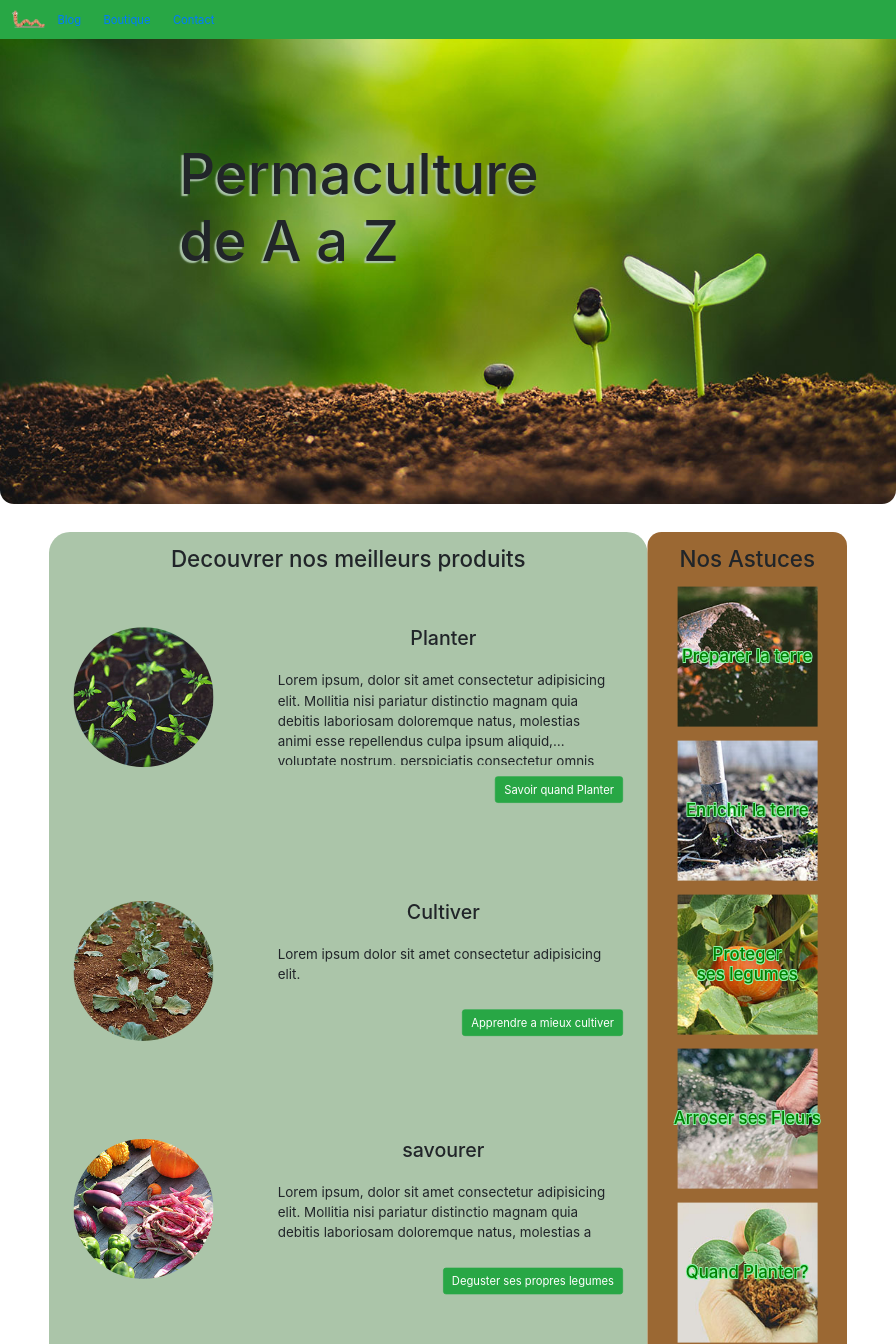
Repository: ahthionkevin/permaculture
Page: index.html
These files come from the project's save history. The page is drawn as it stood at one moment and after the next save; the edit follows.
The browser window is 1280 px wide. The pictures show the part of the page from y = 0 to 1920 px (the page is 2719 px tall), at 70% of full size.
Backgrounds fixed to the window are drawn as part of the page.

Above is the page before, as saved 2021-07-07 07:07:55.

After the next save:
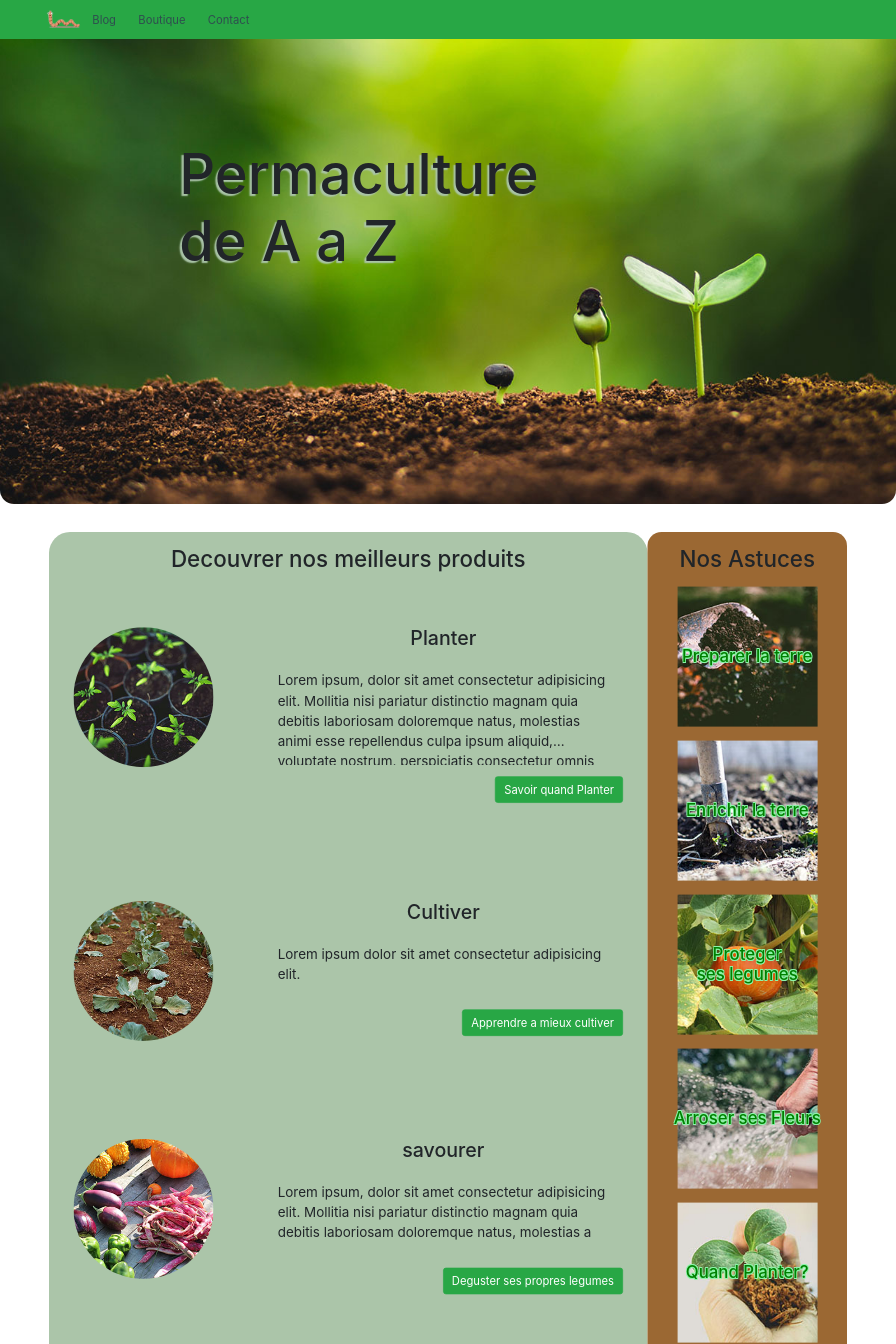
Saved 75 s later.
--- a/style.css
+++ b/style.css
@@ -12,6 +12,14 @@ header{
     height: 100vh;
     border-radius: 0 0 20px 20px;
     margin-bottom: 40px;
+}
+
+.collapse{
+    margin-left: 4%;
+}
+
+.nav-item{
+    color: darkslategray;
 }
 
 h1{
